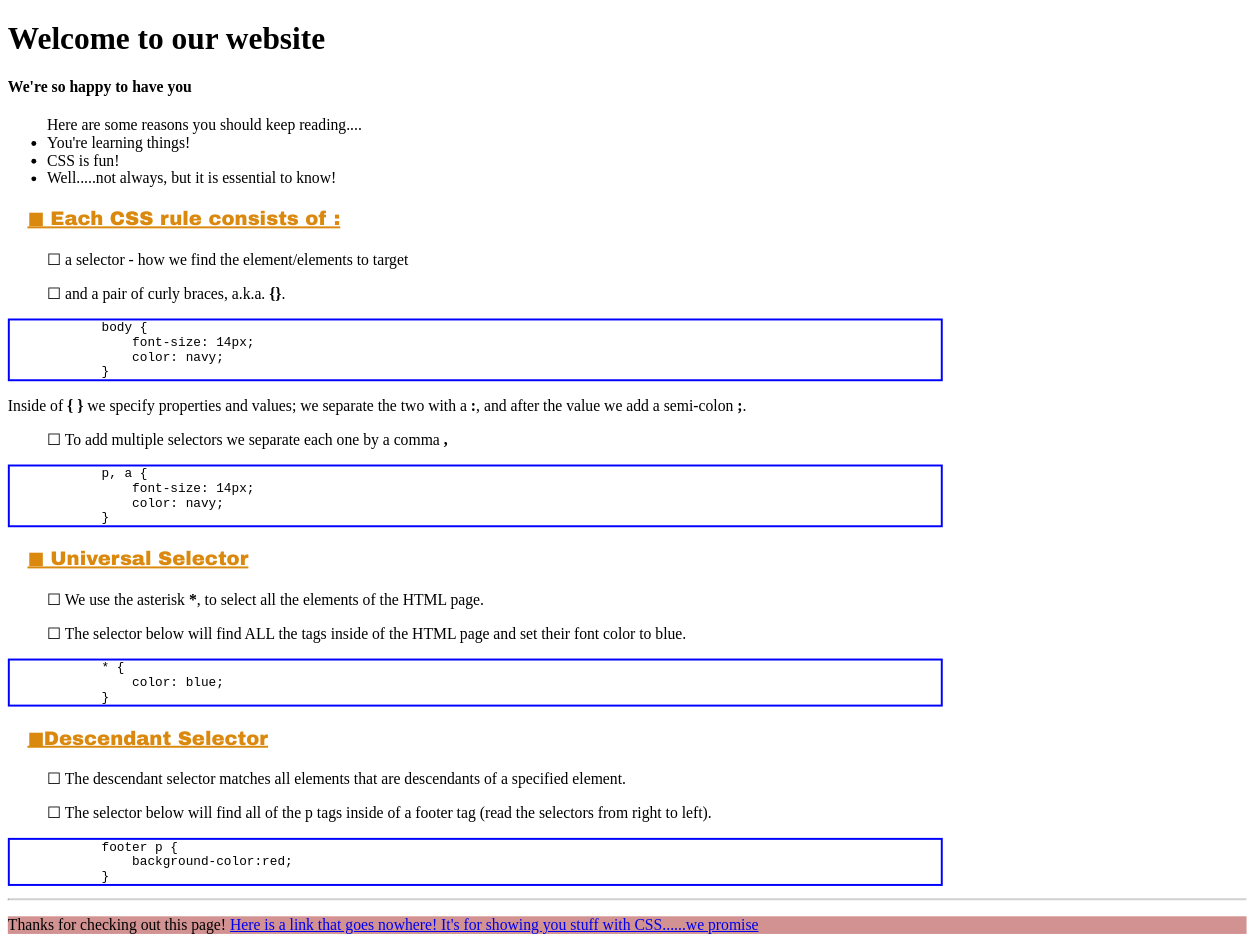
Repository: AnnaSpirit/Tests__
Page: CSS/Useful_Selectors.html
An editor plug-in stored every save of this project. The page is shown before and after a run of saves, followed by the edit.
The browser window is 1280 px wide. The pictures show the whole page, at 98% of full size.

Above is the page before, as saved 2024-04-01 17:34:31.

### CSS/Useful_Selectors.html
<!DOCTYPE html>
<html lang="en">
<head>
    <meta charset="UTF-8">
    <meta name="viewport" content="width=device-width, initial-scale=1.0">
    <title>Useful Selectors</title>
    <link rel="stylesheet" href="style_Selectors.css">
</head>
<body>
    <header>
        <h1>Welcome to our website</h1>
        <h4>We're so happy to have you</h4>
    </header>
    <section>
        <ul> Here are some reasons you should keep reading....
            <li>You're learning things!</li>
            <li>CSS is fun!</li>
            <li>Well.....not always, but it is essential to know!</li>
        </ul>
    </section>
    <section>
        <h3 style="padding-left: 20px;"> &#9724; Each CSS rule consists of :</h3>
            <p style="padding-left: 40px;"> &#9744; a selector - how we find the element/elements to target</p>
            <p style="padding-left: 40px;"> &#9744; and a pair of curly braces, a.k.a. <b>{}</b>.</p>
    <span >
        <pre style="border: 2px solid blue; margin-right: 310px">
            body {
                font-size: 14px;
                color: navy;
            }</pre></span>
    <p>Inside of <b>{ }</b> we specify properties and values; we separate the two with a <b>:</b>, and after the value we add a semi-colon <b>;</b>.</p>
            <p style="padding-left: 40px;"> &#9744; To add multiple selectors we separate each one by a comma <b>,</b></p>
    <span>
        <pre style="border: 2px solid blue; margin-right: 310px">
            p, a {
                font-size: 14px;
                color: navy;
            }</pre>
        </span>
        <h3 style="padding-left: 20px;"> &#9724; Universal Selector</h3>
        <p style="padding-left: 40px;">&#9744; We use the asterisk <b>*</b>, to select all the elements of the HTML page.</p>
        <p style="padding-left: 40px;">&#9744; The selector below will find ALL the tags inside of the HTML page and set their font color to blue.</p>
    <span>
        <pre style="border: 2px solid blue; margin-right: 310px">
            * {
                color: blue;
            }</pre>
    </span>
    <h3 style="padding-left: 20px;"> &#9724;Descendant Selector</h3>
    <p style="padding-left: 40px;">&#9744; The descendant selector matches all elements that are descendants of a specified element.</p>
    <p style="padding-left: 40px;">&#9744; The selector below will find all of the p tags inside of a footer tag (read the selectors from right to left).</p>
    <span>
        <pre style="border: 2px solid blue; margin-right: 310px">
            footer p {
                background-color:red;
            }</pre>
    </span>
    </section>
    <hr>
    <footer>

        <p>
            Thanks for checking out this page!
            <a href="#">Here is a link that goes nowhere! It's for showing you stuff with CSS......we promise</a>
        </p>
    </footer>
</body>
</html>

### CSS/style_Selectors.css
/* Universal Selector */
/* * {
    color: brown;
} */
footer p {
    background-color: rgb(211, 146, 146);
}
h3{
    color: rgb(218, 137, 14);
    font-family: "Arial Black", Gadget, sans-serif;
    font-size: 20px;
    color: #DA890E;
    text-decoration: underline rgb(218, 137, 14);
}

After the next 2 saves:
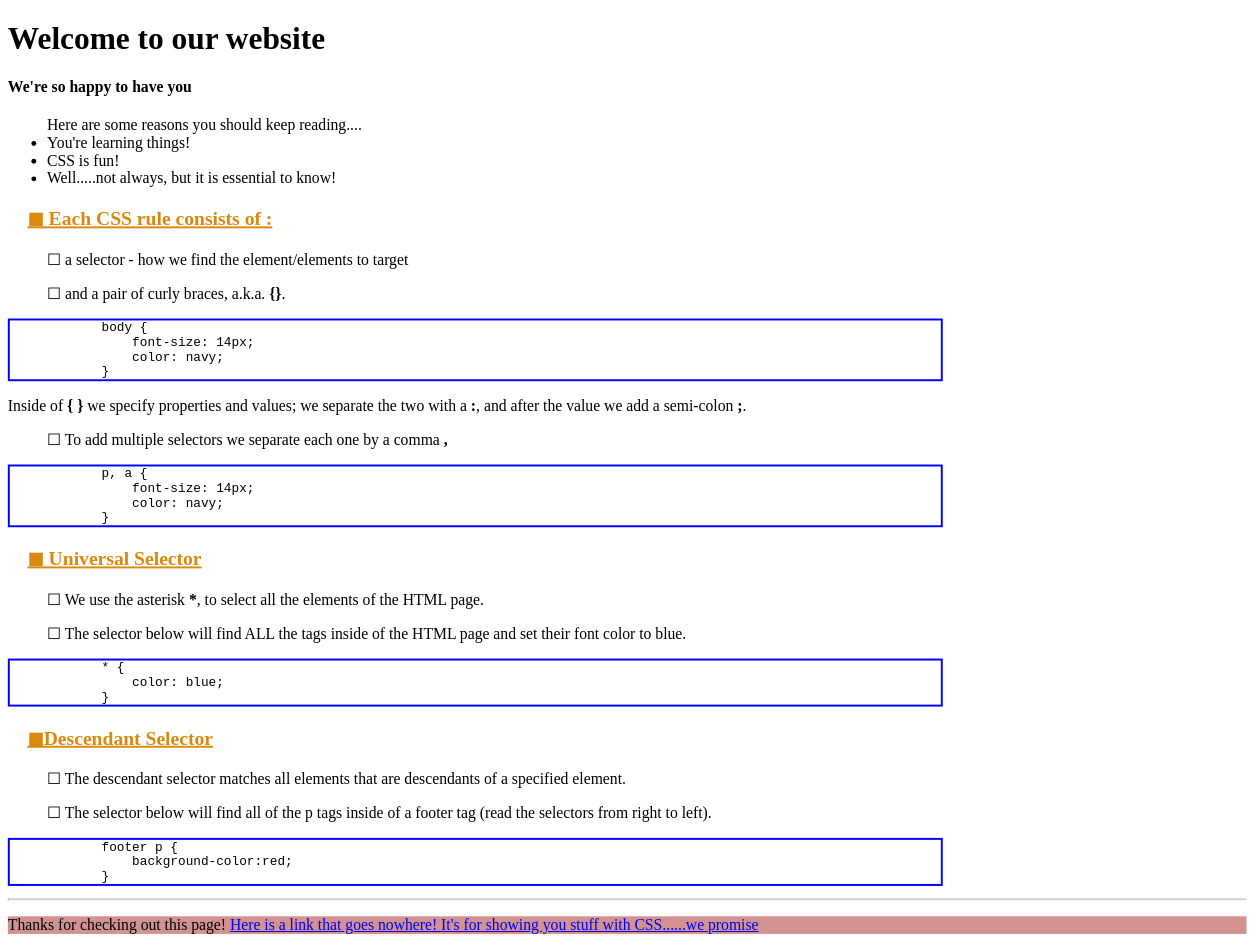
The 2 saves are shown as one change because they came seconds apart.
The last was saved 29 s later.
--- a/CSS/style_Selectors.css
+++ b/CSS/style_Selectors.css
@@ -7,7 +7,7 @@ footer p {
 }
 h3{
     color: rgb(218, 137, 14);
-    font-family: "Arial Black", Gadget, sans-serif;
+    font-family: font-family: "Lucida Console", Monaco, monospace;
     font-size: 20px;
     color: #DA890E;
     text-decoration: underline rgb(218, 137, 14);
